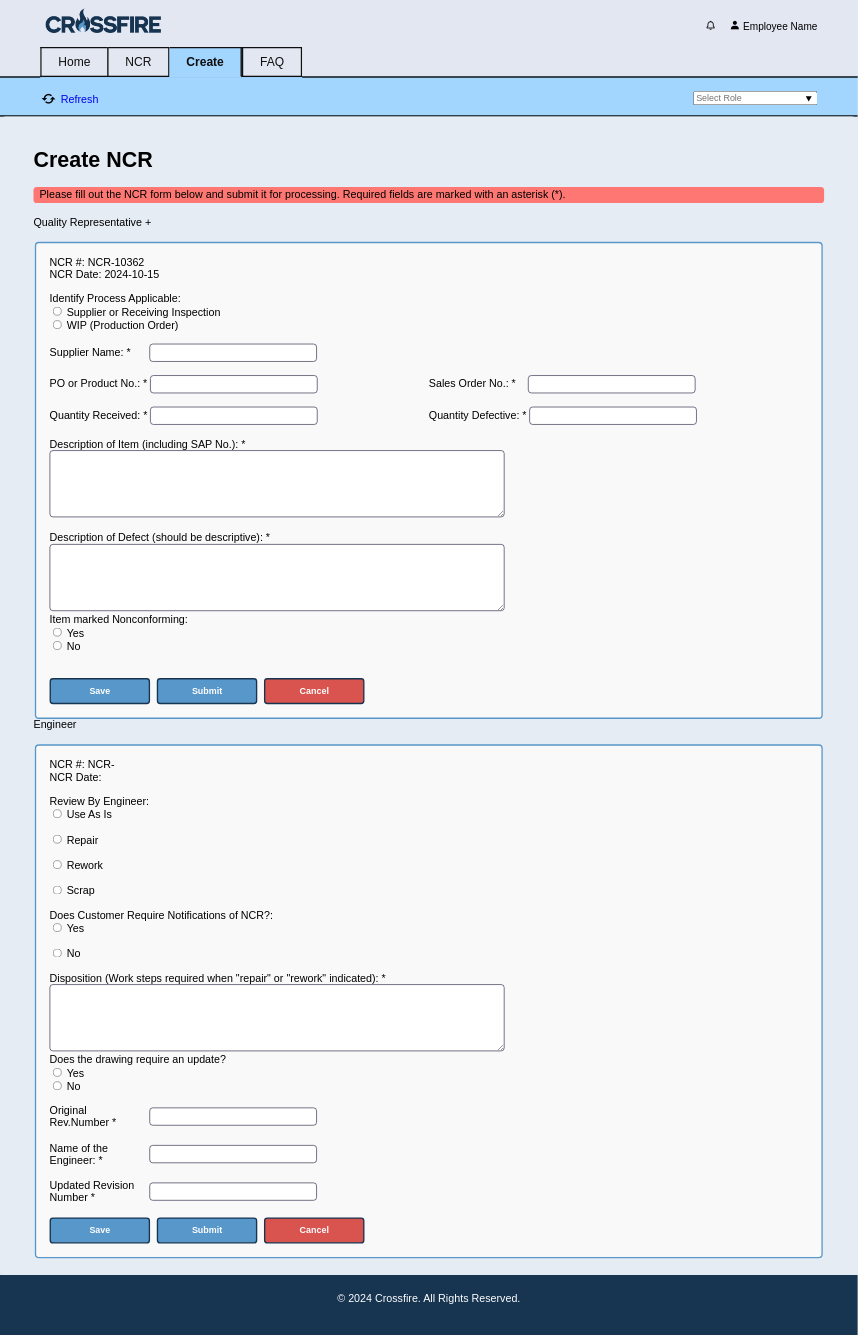
Repository: NyleNC/OSSProg1180
Page: OSS-CrossFire/create - Copy.html
These files come from the project's save history. The page is drawn as it stood at one moment and after the next save; the edit follows.
The browser window is 1280 px wide. The pictures show the whole page, at 67% of full size.

Above is the page before, as saved 2024-11-18 09:59:55.
Console error: TypeError: Cannot read properties of null (reading 'addEventListener')

After the next save:
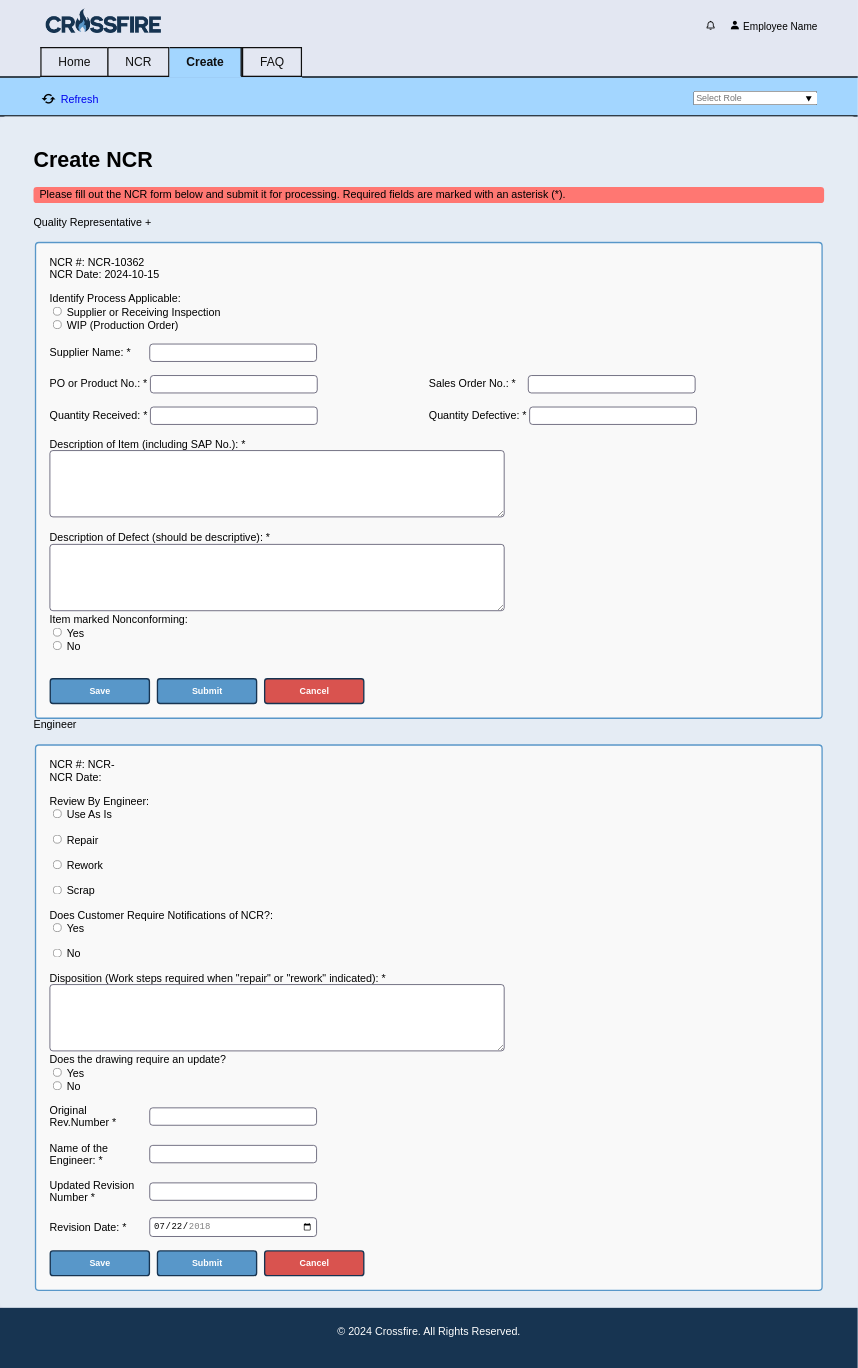
Saved 66 s later.
--- a/OSS-CrossFire/create - Copy.html
+++ b/OSS-CrossFire/create - Copy.html
@@ -231,6 +231,10 @@
                         <input type="text" id="newRev" class="size-css" required pattern="[a-zA-Z ]{2,30}" title="Please enter exactly 5 digits">
                     </div>
 
+                    <div class="form-group">
+                        <label for="newRev">Revision Date: *</label>&nbsp;&nbsp;
+                        <input type="date" id="start" name="trip-start" value="2018-07-22" min="2018-01-01" max="2018-12-31" />
+                    </div>
 
 
                     <div class="btnContainer">
